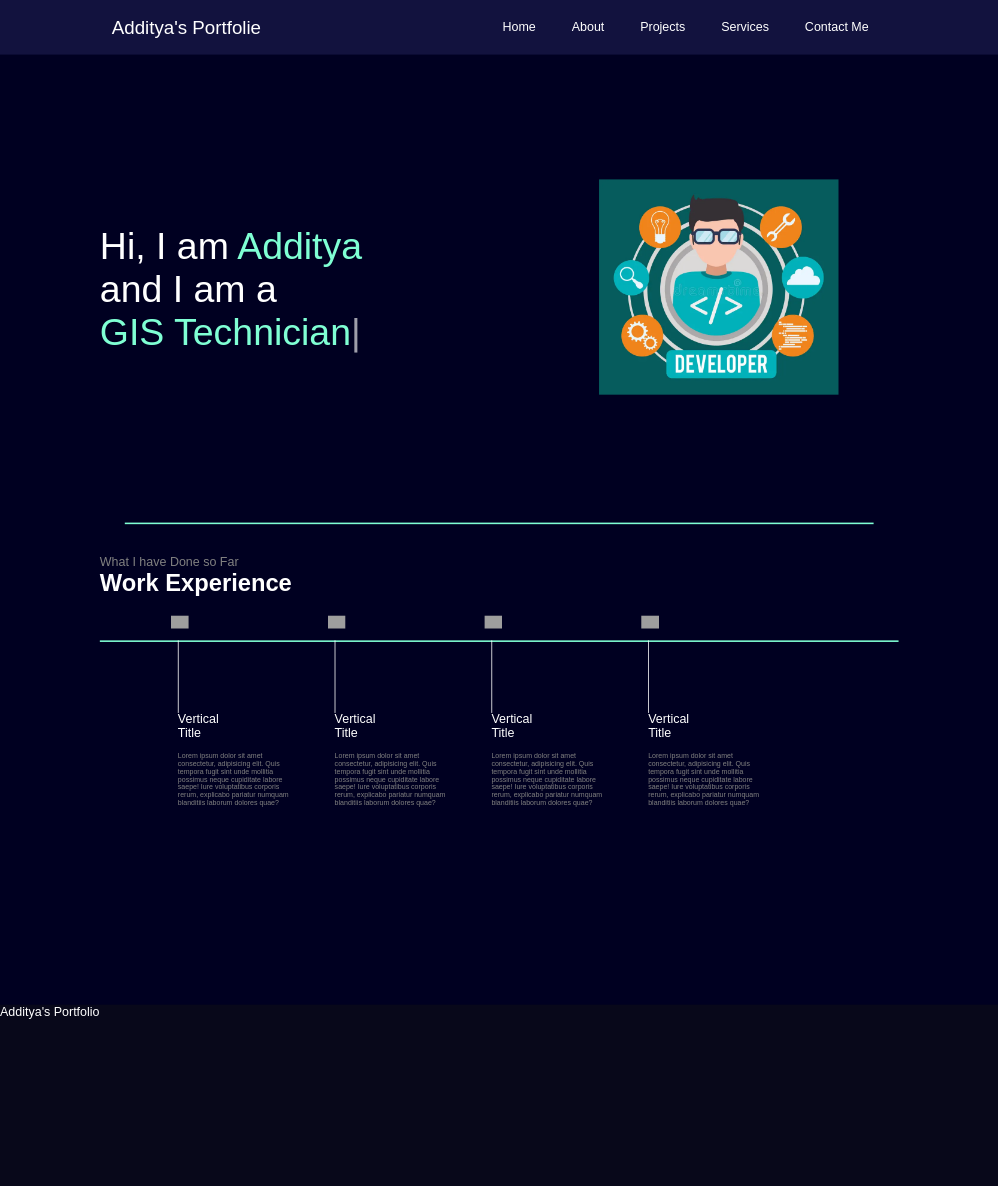
Repository: VictoriousMango/Portfolio
Page: index.html
The author's editor kept a copy of each file at every save. The page is drawn from the files as they stood at one save, then again after the next save.
The browser window is 1280 px wide. The pictures show the whole page, at 78% of full size.
Pictures or frames that could not be fetched are drawn as grey boxes.

Above is the page before, as saved 2023-08-27 12:10:32.

### index.html
<!DOCTYPE html>
<html lang="en">

<head>
    <meta charset="UTF-8">
    <meta name="viewport" content="width=device-width, initial-scale=1.0">
    <title>Additya - Developer Portfolio</title>
    <style>
        * {
            margin: 0;
            padding: 0;
        }

        body {
            background-color: rgb(0, 0, 33);
            color: white;
            font-family: 'Poppins', sans-serif;
        }

        nav {
            display: flex;
            justify-content: space-around;
            align-items: center;
            height: 70px;
            background-color: rgb(18, 18, 62);
        }

        nav ul {
            display: flex;
            justify-content: center;
        }

        nav ul li {
            list-style: none;
            margin: 0 23px;
        }

        nav ul li a {
            text-decoration: none;
            color: white;
        }

        nav ul li a:hover {
            color: rgb(153, 153, 226);
            font-size: 1.05rem;
        }

        main hr {
            border: 0;
            background: aquamarine;
            height: 1.2px;
            margin: 40px 160px;
        }

        text-gray {
            color: gray;
        }

        .left {
            font-size: 1.5rem;
        }

        .firstSection {
            display: flex;
            justify-content: space-around;
            align-items: center;
            margin: 110px 0;

        }

        .firstSection>div {
            width: 30%;
        }

        .secondSection {
            max-width: 80vw;
            margin: auto;
            height: 80vh;
        }

        .secondSection h1 {
            font-size: 1.9rem;
        }

        .secondSection .box {
            background: aquamarine;
            width: 80vw;
            height: 2px;
            margin: 56px 0;
            display: flex;
        }

        .secondSection .vertical {
            height: 93px;
            width: 1px;
            background-color: white;
            margin: 0 100px;
        }

        .vertical-title {
            position: relative;
            width: 23px;
            top: 71px;

        }

        .vertical-desc {
            position: relative;
            top: 86px;
            color: gray;
            width: 150px;
            font-size: 9px;
        }

        .image-top {
            width: 23px;
            position: relative;
            top: -32px;
            left: -9px;
        }

        .leftSection {
            font-size: 3rem;
        }

        /* .rightSection{
            background-color: red;
        } */
        .rightSection img {
            width: 80%;
            margin: 50px 0;
        }

        .purple {
            color: aquamarine;
        }

        .text-gray {
            color: grey;
        }
        footer{
            background-color: rgb(8, 8, 26);
            height: 233px;
            opacity: 1;
        }
        .footer{
            display: flex;
        }
        #element {
            color: aquamarine;
        }
    </style>
</head>

<body>
    <header>
        <nav>
            <div class="left">Additya's Portfolie</div>
            <div class="right">
                <ul>
                    <li><a href="/">Home</a></li>
                    <li><a href="/">About</a></li>
                    <li><a href="/">Projects</a></li>
                    <li><a href="/">Services</a></li>
                    <li><a href="/">Contact Me</a></li>
                </ul>
            </div>
        </nav>
    </header>

    <main>
        <section class="firstSection">
            <div class="leftSection">
                Hi, I am <span class="purple">Additya</span>
                <div>and I am a</div>
                <span id="element"></span>
            </div>
            <div class="rightSection"><img src="Web Dev.webp" alt=""></div>
        </section>
        <hr>
        <section class="secondSection">
            <span class="text-gray">What I have Done so Far</span>
            <h1>Work Experience</h1>
            <div class="box">
                <div class="vertical">
                    <img class="image-top" src="Image 1.jpg" alt="">
                    <div class="vertical-title">
                        Vertical Title
                    </div>
                    <div class="vertical-desc">
                        Lorem ipsum dolor sit amet consectetur, adipisicing elit. Quis tempora fugit sint unde mollitia
                        possimus neque cupiditate labore saepe! Iure voluptatibus corporis rerum, explicabo pariatur
                        numquam blanditiis laborum dolores quae?
                    </div>
                </div>
                <div class="vertical">
                    <img class="image-top" src="Image 1.jpg" alt="">
                    <div class="vertical-title">
                        Vertical Title
                    </div>
                    <div class="vertical-desc">
                        Lorem ipsum dolor sit amet consectetur, adipisicing elit. Quis tempora fugit sint unde
                        mollitia
                        possimus neque cupiditate labore saepe! Iure voluptatibus corporis rerum, explicabo pariatur
                        numquam blanditiis laborum dolores quae?
                    </div>
                </div>
                <div class="vertical">
                    <img class="image-top" src="Image 1.jpg" alt="">
                    <div class="vertical-title">
                        Vertical Title
                    </div>
                    <div class="vertical-desc">
                        Lorem ipsum dolor sit amet consectetur, adipisicing elit. Quis tempora fugit sint unde
                        mollitia
                        possimus neque cupiditate labore saepe! Iure voluptatibus corporis rerum, explicabo pariatur
                        numquam blanditiis laborum dolores quae?
                    </div>
                </div>
                <div class="vertical">
                    <img class="image-top" src="Image 1.jpg" alt="">
                    <div class="vertical-title">
                        Vertical Title
                    </div>
                    <div class="vertical-desc">
                        Lorem ipsum dolor sit amet consectetur, adipisicing elit. Quis tempora fugit sint unde
                        mollitia
                        possimus neque cupiditate labore saepe! Iure voluptatibus corporis rerum, explicabo pariatur
                        numquam blanditiis laborum dolores quae?
                    </div>
                </div>

            </div>


    </main>

    <footer>
        <div class="footer">
            <div class="footer-first">Additya's Portfolio</div>
            <div class="footer-second"></div>
            <div class="footer-third"></div>
            <div class="footer-fourth"></div>
        </div>
    </footer>

    <script src="https://unpkg.com/typed.js@2.0.16/dist/typed.umd.js"></script>
    <script>
        var typed = new Typed('#element', {
            strings: ['Web Developer', 'GIS Technician', 'Spatial Data Scientist'],
            typeSpeed: 50,
            loop: true,
            backSpeed: 25,
            backDelay: 2000
        });
    </script>
</body>

</html>

After the next save:
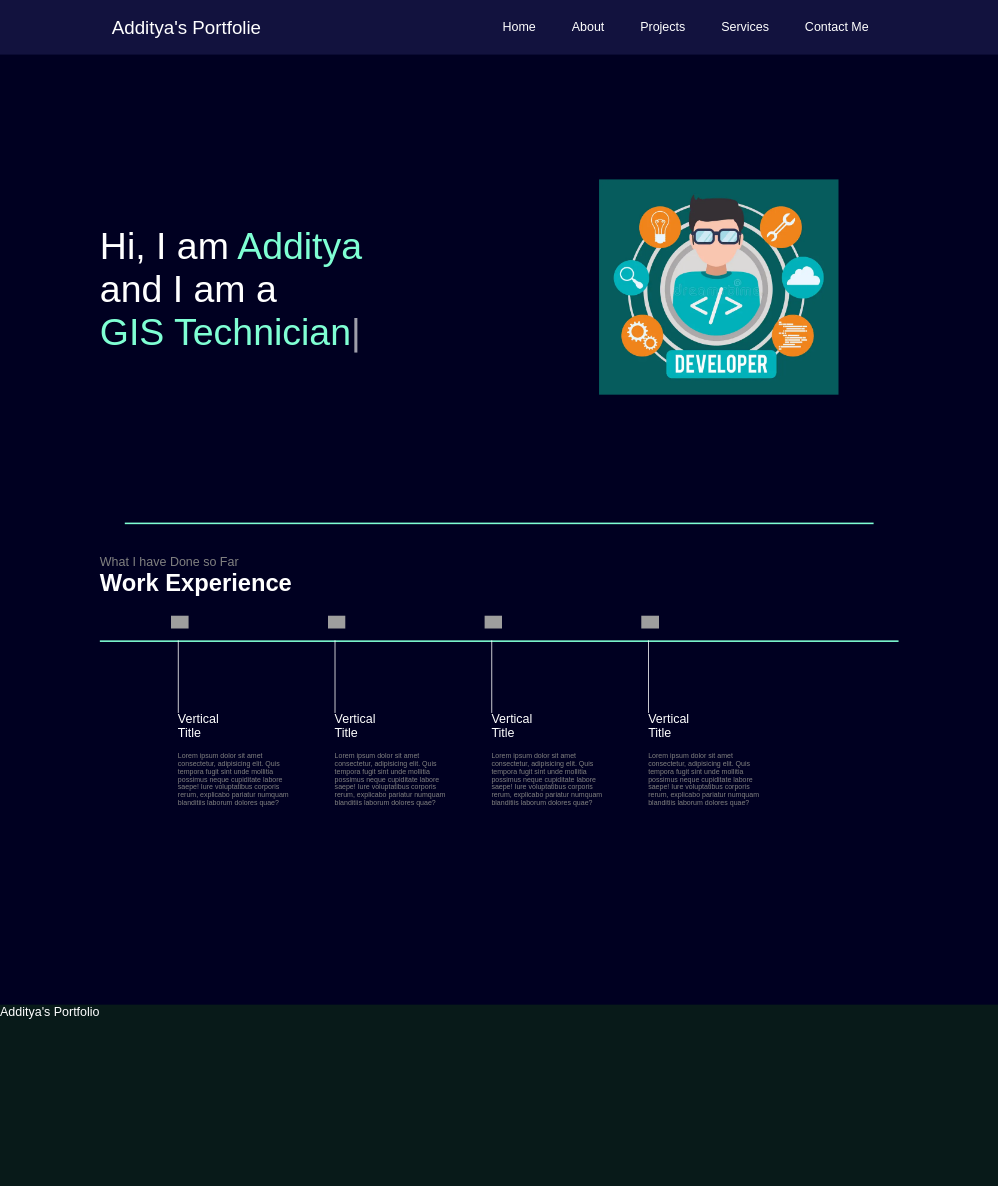
Saved 22 s later.
--- a/index.html
+++ b/index.html
@@ -139,7 +139,7 @@
             color: grey;
         }
         footer{
-            background-color: rgb(8, 8, 26);
+            background-color: rgb(8, 26, 25);
             height: 233px;
             opacity: 1;
         }
